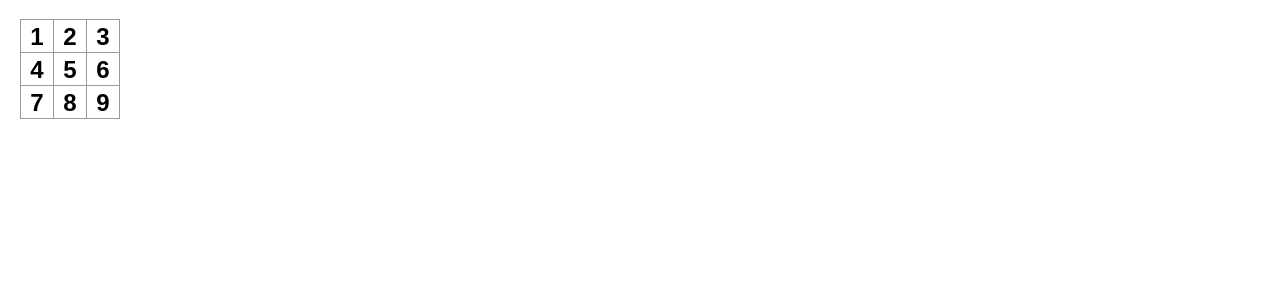
Repository: Arturgouveia1970/Tic-Tac-Toe
Page: /
These files come from the project's save history. The page is drawn as it stood at one moment and after the next save; the edit follows.
The browser window is 1280 px wide. The pictures show the whole page.
The project was rebuilt for these pictures with package versions that can differ from the ones it lists, and the page was loaded fresh each time. Also part of the build but not shown: src/index.css.

Above is the page before, as saved 2023-03-13 15:08:00.

### src/App.js
import './App.css';
import Square from './Square';

export default function Board() {
  return (
    <>
      <div className="board-row">
        <Square />
        <button className="square">2</button>
        <button className="square">3</button>
      </div>
      <div className="board-row">
        <button className="square">4</button>
        <button className="square">5</button>
        <button className="square">6</button>
      </div>
      <div className="board-row">
        <button className="square">7</button>
        <button className="square">8</button>
        <button className="square">9</button>
      </div>
    </>
  );
}

### src/Square.js
function Square() {
  return <button className="square">1</button>;
}

export default Square;

Loaded but not shown: public/index.html (common file); src/index.js (common file); src/reportWebVitals.js (common file); src/App.css (common file); src/index.css (no copy from this time; the picture is the same without it)

After the next save:
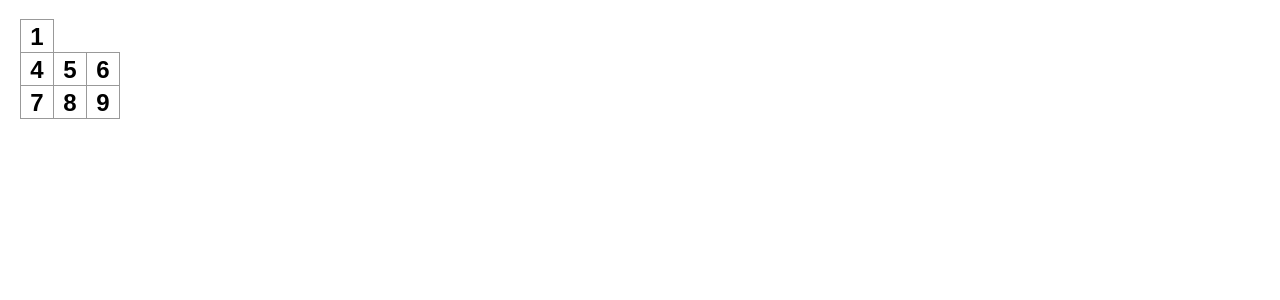
Saved 16 s later.
--- a/src/App.js
+++ b/src/App.js
@@ -6,8 +6,7 @@ export default function Board() {
     <>
       <div className="board-row">
         <Square />
-        <button className="square">2</button>
-        <button className="square">3</button>
+
       </div>
       <div className="board-row">
         <button className="square">4</button>
